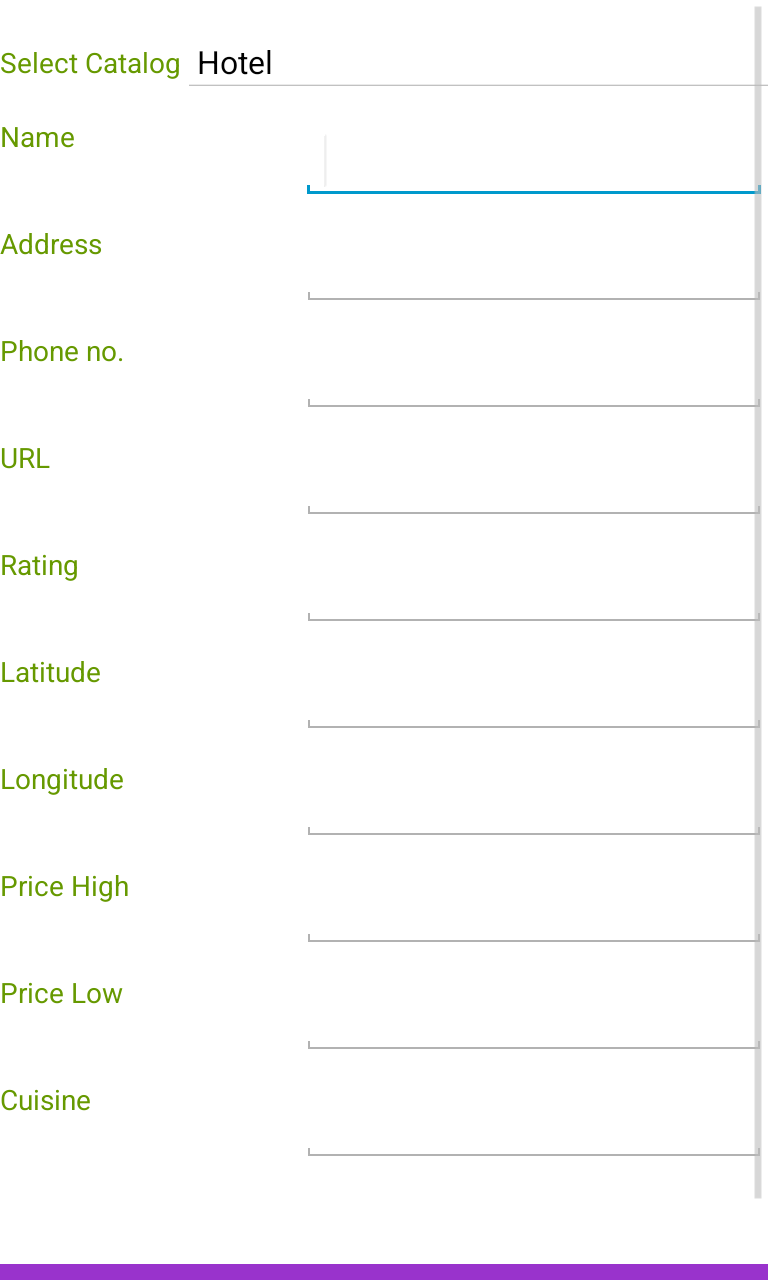
Repository: AungWinnHtut/projAndroid
Layout: com.engineer4myanmar.json.MainActivity/res/layout/activity_admin.xml
These files come from the project's save history. The layout is drawn as it stood at one moment and after the next save; the edit follows.
It is drawn on a 768 x 1280 px phone screen (xhdpi) without system bars, with theme AppTheme; the app's code is not run.

Above is the layout before, as saved 2015-08-30 01:49:20.

### com.engineer4myanmar.json.MainActivity/res/layout/activity_admin.xml
<LinearLayout xmlns:android="http://schemas.android.com/apk/res/android"
    xmlns:tools="http://schemas.android.com/tools"
    android:layout_width="match_parent"
    android:layout_height="match_parent"
    android:background="#fff"
    android:orientation="vertical" >

    <ScrollView
        android:id="@+id/scrollView1"
        android:layout_width="match_parent"
        android:layout_height="match_parent" >

        <LinearLayout
            android:layout_width="match_parent"
            android:layout_height="match_parent"
            android:orientation="vertical" >

            <LinearLayout
                android:layout_width="match_parent"
                android:layout_height="wrap_content"
                android:layout_marginTop="15dp"
                android:orientation="horizontal" >

                <TextView
                    android:layout_width="0dp"
                    android:layout_height="wrap_content"
                    android:layout_gravity="center"
                    android:layout_weight="1"
                    android:gravity="center"
                    android:text="Select Catalog"
                    android:textColor="#669900" />

                <Spinner
                    android:id="@+id/spCatalog"
                    android:layout_width="match_parent"
                    android:layout_height="wrap_content"
                    android:layout_gravity="center"
                    android:entries="@array/services_arrays"
                    android:gravity="center"
                    android:prompt="@string/services_prompt"
                    android:textColor="#669900" />
            </LinearLayout>

            <LinearLayout
                android:layout_width="match_parent"
                android:layout_height="wrap_content"
                android:orientation="horizontal" >

                <TextView
                    android:id="@+id/textView1"
                    android:layout_width="150dp"
                    android:layout_height="wrap_content"
                    android:text="Name"
                    android:textColor="#669900" />

                <EditText
                    android:id="@+id/etName"
                    android:layout_width="0dp"
                    android:layout_height="wrap_content"
                    android:layout_marginTop="14dp"
                    android:layout_weight="1"
                    android:ems="10"
                    android:textColor="#ffbb33" >

                    <requestFocus />
                </EditText>
            </LinearLayout>

            <LinearLayout
                android:layout_width="match_parent"
                android:layout_height="wrap_content"
                android:orientation="horizontal" >

                <TextView
                    android:id="@+id/textView2"
                    android:layout_width="150dp"
                    android:layout_height="wrap_content"
                    android:text="Address"
                    android:textColor="#669900" />

                <EditText
                    android:id="@+id/etAddress"
                    android:layout_width="0dp"
                    android:layout_height="wrap_content"
                    android:layout_marginTop="14dp"
                    android:layout_weight="1"
                    android:ems="10"
                    android:textColor="#ffbb33" />
            </LinearLayout>

            <LinearLayout
                android:layout_width="match_parent"
                android:layout_height="wrap_content"
                android:orientation="horizontal" >

                <TextView
                    android:id="@+id/textView3"
                    android:layout_width="150dp"
                    android:layout_height="wrap_content"
                    android:text="Phone no."
                    android:textColor="#669900" />

                <EditText
                    android:id="@+id/etPhone"
                    android:layout_width="0dp"
                    android:layout_height="wrap_content"
                    android:layout_marginTop="14dp"
                    android:layout_weight="1"
                    android:ems="10"
                    android:textColor="#ffbb33" />
            </LinearLayout>

            <LinearLayout
                android:layout_width="match_parent"
                android:layout_height="wrap_content"
                android:orientation="horizontal" >

                <TextView
                    android:id="@+id/textView4"
                    android:layout_width="150dp"
                    android:layout_height="wrap_content"
                    android:text="URL"
                    android:textColor="#669900" />

                <EditText
                    android:id="@+id/etUrl"
                    android:layout_width="0dp"
                    android:layout_height="wrap_content"
                    android:layout_marginTop="14dp"
                    android:layout_weight="1"
                    android:ems="10"
                    android:textColor="#ffbb33" />
            </LinearLayout>

            <LinearLayout
                android:layout_width="match_parent"
                android:layout_height="wrap_content"
                android:orientation="horizontal" >

                <TextView
                    android:id="@+id/textView5"
                    android:layout_width="150dp"
                    android:layout_height="wrap_content"
                    android:text="Rating"
                    android:textColor="#669900" />

                <EditText
                    android:id="@+id/etRating"
                    android:layout_width="0dp"
                    android:layout_height="wrap_content"
                    android:layout_marginTop="14dp"
                    android:layout_weight="1"
                    android:ems="10"
                    android:textColor="#ffbb33" />
            </LinearLayout>

            <LinearLayout
                android:layout_width="match_parent"
                android:layout_height="wrap_content"
                android:orientation="horizontal" >

                <TextView
                    android:id="@+id/textView6"
                    android:layout_width="150dp"
                    android:layout_height="wrap_content"
                    android:text="Latitude"
                    android:textColor="#669900" />

                <EditText
                    android:id="@+id/etLat"
                    android:layout_width="0dp"
                    android:layout_height="wrap_content"
                    android:layout_marginTop="14dp"
                    android:layout_weight="1"
                    android:ems="10"
                    android:textColor="#ffbb33" />
            </LinearLayout>

            <LinearLayout
                android:layout_width="match_parent"
                android:layout_height="wrap_content"
                android:orientation="horizontal" >

                <TextView
                    android:id="@+id/textView7"
                    android:layout_width="150dp"
                    android:layout_height="wrap_content"
                    android:text="Longitude"
                    android:textColor="#669900" />

                <EditText
                    android:id="@+id/etLng"
                    android:layout_width="0dp"
                    android:layout_height="wrap_content"
                    android:layout_marginTop="14dp"
                    android:layout_weight="1"
                    android:ems="10"
                    android:textColor="#ffbb33" />
            </LinearLayout>

            <LinearLayout
                android:layout_width="match_parent"
                android:layout_height="wrap_content"
                android:orientation="horizontal" >

                <TextView
                    android:id="@+id/textView10"
                    android:layout_width="150dp"
                    android:layout_height="wrap_content"
                    android:text="Price High"
                    android:textColor="#669900" />

                <EditText
                    android:id="@+id/etP2"
                    android:layout_width="0dp"
                    android:layout_height="wrap_content"
                    android:layout_marginTop="14dp"
                    android:layout_weight="1"
                    android:ems="10"
                    android:textColor="#ffbb33" />
            </LinearLayout>

            <LinearLayout
                android:layout_width="match_parent"
                android:layout_height="wrap_content"
                android:orientation="horizontal" >

                <TextView
                    android:id="@+id/textView8"
                    android:layout_width="150dp"
                    android:layout_height="wrap_content"
                    android:text="Price Low"
                    android:textColor="#669900" />

                <EditText
                    android:id="@+id/etP1"
                    android:layout_width="0dp"
                    android:layout_height="wrap_content"
                    android:layout_marginTop="14dp"
                    android:layout_weight="1"
                    android:ems="10"
                    android:textColor="#ffbb33" />
            </LinearLayout>

            <LinearLayout
                android:layout_width="match_parent"
                android:layout_height="wrap_content"
                android:orientation="horizontal" >

                <TextView
                    android:id="@+id/textView9"
                    android:layout_width="150dp"
                    android:layout_height="wrap_content"
                    android:text="Cuisine"
                    android:textColor="#669900" />

                <EditText
                    android:id="@+id/etCui"
                    android:layout_width="0dp"
                    android:layout_height="wrap_content"
                    android:layout_marginTop="14dp"
                    android:layout_weight="1"
                    android:ems="10"
                    android:textColor="#ffbb33" />
            </LinearLayout>

            <LinearLayout
                android:layout_width="match_parent"
                android:layout_height="wrap_content"
                android:layout_marginTop="50dp"
                android:orientation="horizontal" >

                <Button
                    android:layout_width="match_parent"
                    android:layout_height="wrap_content"
                    android:background="#9933cc"
                    android:onClick="funAdd"
                    android:text="Add" />
            </LinearLayout>
        </LinearLayout>
    </ScrollView>

</LinearLayout>

### com.engineer4myanmar.json.MainActivity/res/values/strings.xml
<resources>

    <string name="app_name">ExcellentService</string>
    <string name="hello_world">Hello world!</string>
    <string name="menu_settings">Settings</string>
    <string name="title_activity_main">ExcellentService</string>
    <string name="title_activity_services_menu">ExcellentService</string>
    <string name="title_activity_register">ExcellentService</string>
    <string name="title_activity_welcome">WelcomeActivity</string>
    <string name="title_activity_search">SearchActivity</string>
    <string name="services_prompt">Hotel</string>
    <string name="rating_prompt">1</string>
    <string name="cuisine_prompt">Chinese</string>
    <string name="range_prompt">1 km</string>
    <string name="welcome_text">Welcome To Our ExcellentServices\n
In our system customers can use the following 4 services.\n
They are \n
-Hotel\n
-Bank\n
-Restaurant\n
-Hospital\n
Customers can click the search buttom and use the available services.</string>

    <string-array name="services_arrays">
        <item>Hotel</item>
        <item>Bank</item>
        <item>Restaurant</item>
        <item>Hospital</item>
    </string-array>
    <string-array name="ratings_arrays">
        <item>1</item>
        <item>2</item>
        <item>3</item>
        <item>4</item>
        <item>5</item>
    </string-array>
    <string-array name="cuisine_arrays">
        <item>Chinese</item>
        <item>Thai</item>
        <item>Burmese</item>
        <item>Japanese</item>
    </string-array>
    <string-array name="range_arrays">
        <item>1 km</item>
        <item>2 km</item>
        <item>3 km</item>
        <item>4 km</item>
        <item>5 km</item>
    </string-array>

    <string name="title_activity_admin">AdminActivity</string>
    <string name="title_activity_search_list">SearchListActivity</string>
    <string name="title_activity_search2">Search2Activity</string>
    <string name="title_activity_detail">DetailActivity</string>
    <string name="title_activity_gps">GPSActivity</string>

</resources>

Loaded but not shown: com.engineer4myanmar.json.MainActivity/res/values-v11/styles.xml (common file); com.engineer4myanmar.json.MainActivity/res/values-v14/styles.xml (common file); com.engineer4myanmar.json.MainActivity/res/values/styles.xml (common file)

After the next save:
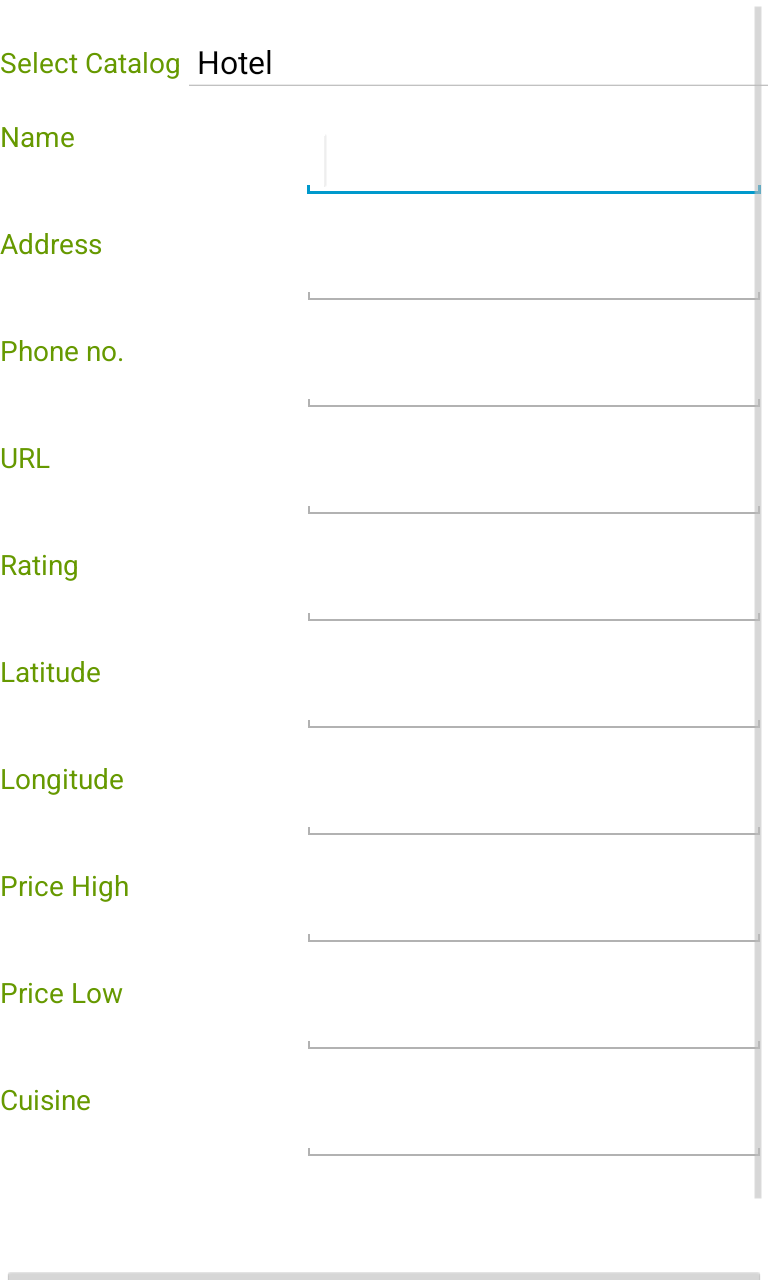
Saved 19 min 2 s later.
--- a/com.engineer4myanmar.json.MainActivity/res/layout/activity_admin.xml
+++ b/com.engineer4myanmar.json.MainActivity/res/layout/activity_admin.xml
@@ -273,7 +273,6 @@
                 <Button
                     android:layout_width="match_parent"
                     android:layout_height="wrap_content"
-                    android:background="#9933cc"
                     android:onClick="funAdd"
                     android:text="Add" />
             </LinearLayout>
